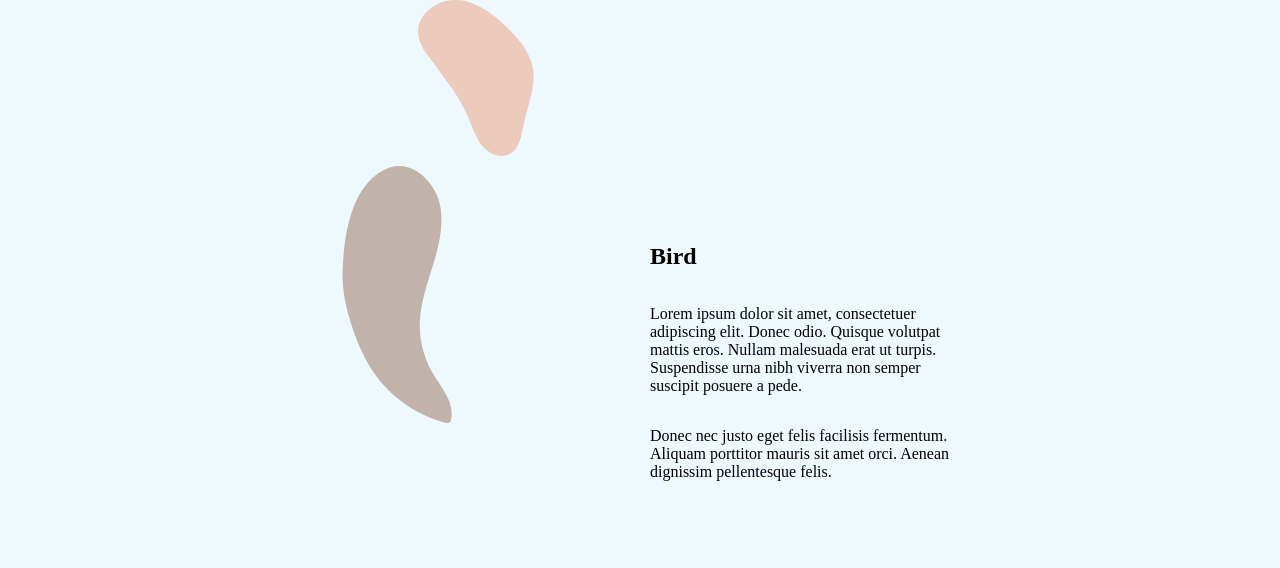
Repository: sebastiann88/svg-animals
Page: index.html
An editor plug-in stored every save of this project. The page is shown before and after the next save, followed by the edit.
The browser window is 1280 px wide. The pictures show the window.
A layer covers the whole window, so only the first screen is drawn.

Above is the page before, as saved 2024-09-05 04:10:14.

After the next save:
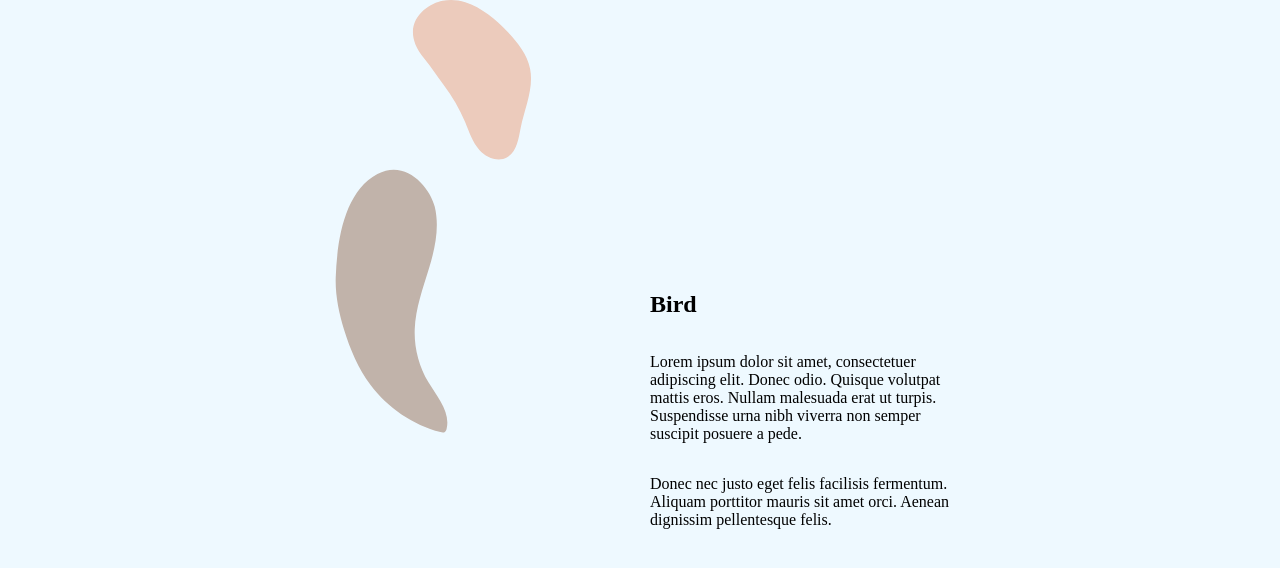
Saved 9 s later.
--- a/css/style.css
+++ b/css/style.css
@@ -6,6 +6,7 @@ body {
 }
 
 main {
+	padding-top: 3em;
 	transform: translateX(10px);
 }
 
